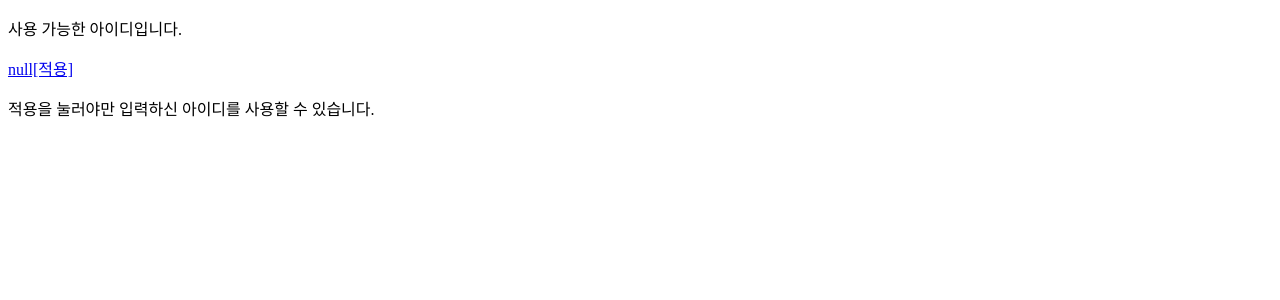
Repository: jyjoh97/SQL
Page: http://localhost/web01/idCheckPro.jsp
These files come from the project's save history. The page is drawn as it stood at one moment and after a run of saves; the edit follows.
The browser window is 1280 px wide. The pictures show the whole page.
The page is served by Tomcat 9. Queries for data that is not in the repository find no rows.

Above is the page before, as saved 2022-04-29 02:20:35.

After the next 3 saves:
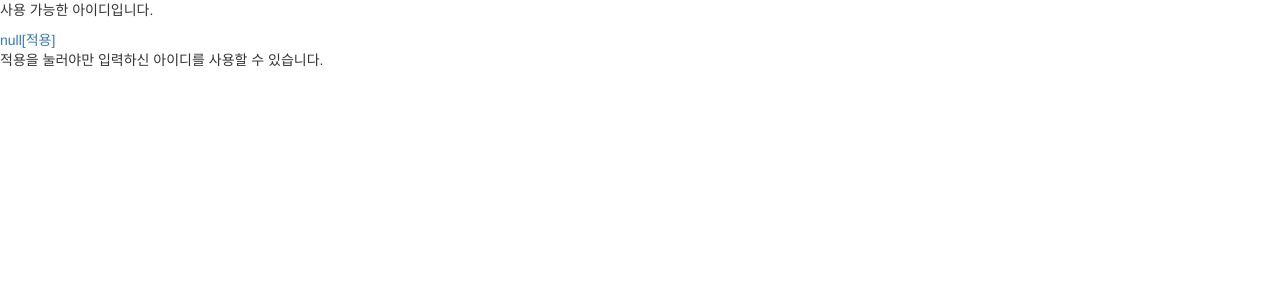
Console error (its wording comes from the project's code and is left out).
The 3 saves are shown as one change because they came seconds apart.
The last was saved 29 s later.
--- a/web01/src/main/webapp/idCheckPro.jsp
+++ b/web01/src/main/webapp/idCheckPro.jsp
@@ -1,11 +1,17 @@
 <%@ page language="java" contentType="text/html; charset=UTF-8"
     pageEncoding="UTF-8"%>
 <%@ page import="java.sql.*" %>
+
 <!DOCTYPE html>
 <html>
 <head>
 <meta charset="UTF-8">
 <title>중복확인</title>
+<link rel="stylesheet" href="https://maxcdn.bootstrapcdn.com/bootstrap/3.3.2/css/bootstrap.min.css">
+<!-- 테마 -->
+<link rel="stylesheet" href="https://maxcdn.bootstrapcdn.com/bootstrap/3.3.2/css/bootstrap-theme.min.css">
+<!-- 자바스크립트 -->
+<script src="https://maxcdn.bootstrapcdn.com/bootstrap/3.3.2/js/bootstrap.min.js"></script>
 </head>
 <body>
 	<%
